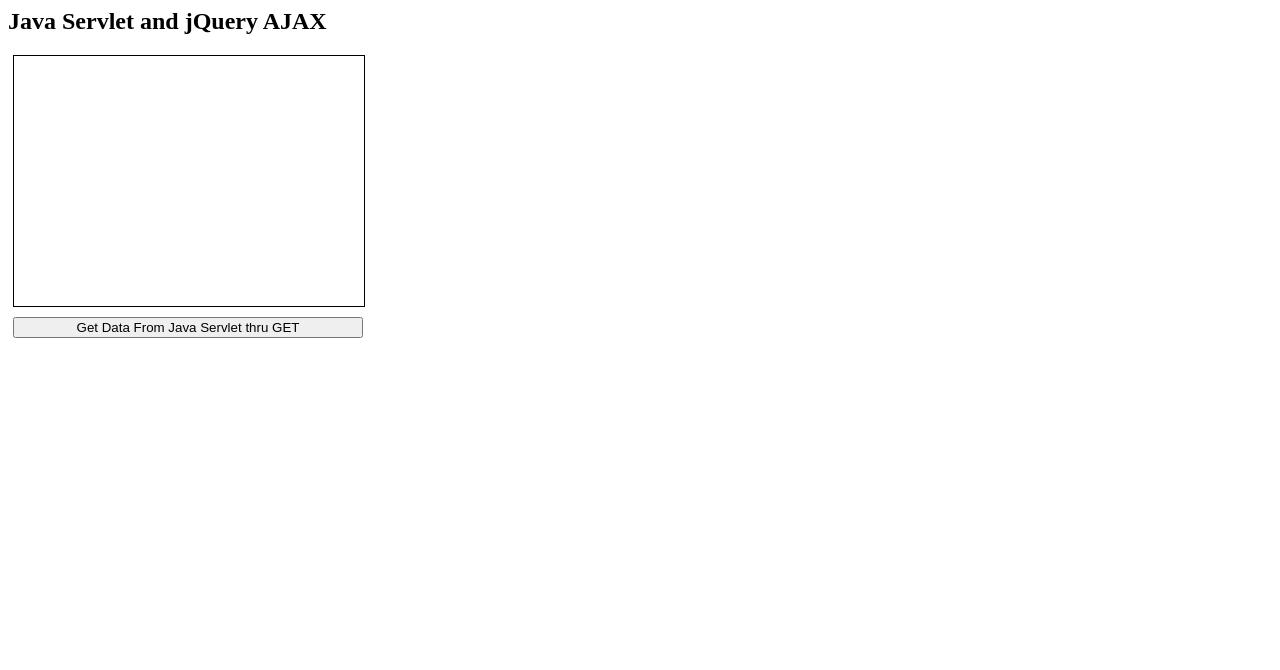
Repository: joliest/MyGits
Page: Java/Project_JIRA/JavaServletAndAJAX/WebContent/AJAXJava.html
An editor plug-in stored every save of this project. The page is shown before and after the next save, followed by the edit.
The browser window is 1280 px wide. The pictures show the whole page.
Some web libraries are served in a nearby version.

Above is the page before, as saved 2017-09-07 13:53:33.

### Java/Project_JIRA/JavaServletAndAJAX/WebContent/AJAXJava.html

<html>
	<head>
		<title>Java and jQuery AJAX</title>
		<script src="https://ajax.googleapis.com/ajax/libs/jquery/3.2.1/jquery.min.js"></script>
		<style>
			#div1 {
				border : 1px solid black;
				height : 250px;
				width : 350px;
				margin : 5px;
			}
			button {
				width : 350px;
				margin : 5px;
			}
		</style>
		<script>
			$(document).ready(function(){
				$("#btn").click(function(){
					$.get("/JavaServletAndAJAX/TestGet", function(data, status){
						$("#div1").text("Data: " + data);
					});
				});
			});
		</script>
	</head>
	<body>
		<h2>Java Servlet and jQuery AJAX</h2>
		<div id="div1">
			<p id="p1"></p>
		</div>
		<button type="button" id="btn">Get Data From Java Servlet thru GET</button>
	</body>
</html>

After the next save:
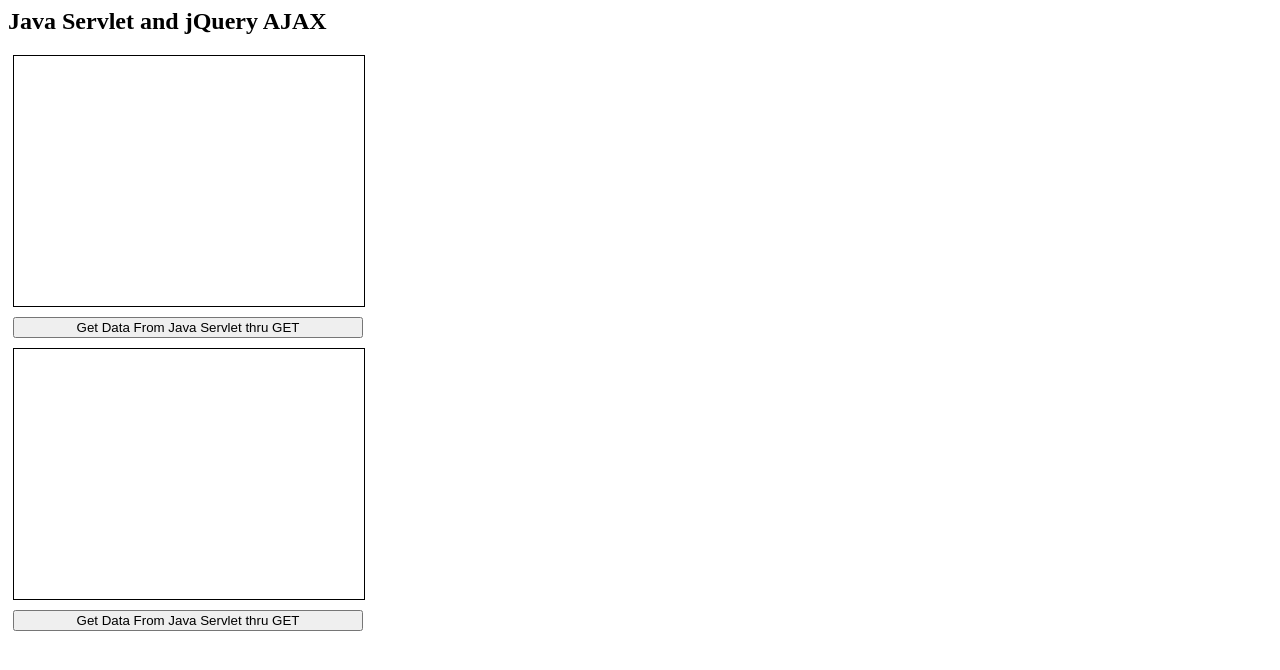
Saved 5 min 40 s later.
--- a/Java/Project_JIRA/JavaServletAndAJAX/WebContent/AJAXJava.html
+++ b/Java/Project_JIRA/JavaServletAndAJAX/WebContent/AJAXJava.html
@@ -31,5 +31,9 @@
 			<p id="p1"></p>
 		</div>
 		<button type="button" id="btn">Get Data From Java Servlet thru GET</button>
+		<div id="div1">
+			<p id="p1"></p>
+		</div>
+		<button type="button" id="btn">Get Data From Java Servlet thru GET</button>
 	</body>
 </html>
